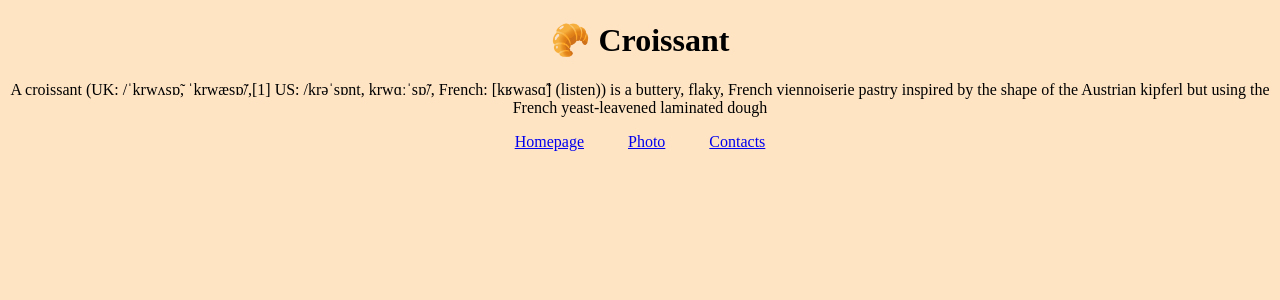
Repository: Bohoutdinova/Croissant
Page: index.html
These files come from the project's save history. The page is drawn as it stood at one moment and after the next save; the edit follows.
The browser window is 1280 px wide. The pictures show the whole page.

Above is the page before, as saved 2022-08-08 17:49:32.

After the next save:
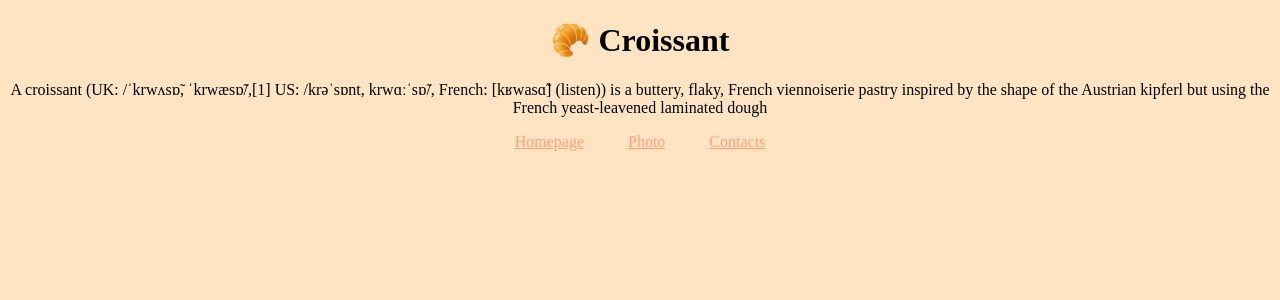
Saved 16 s later.
--- a/src/style.css
+++ b/src/style.css
@@ -13,4 +13,5 @@ p {
 }
 a {
   padding: 20px;
+  color: lightsalmon;
 }
